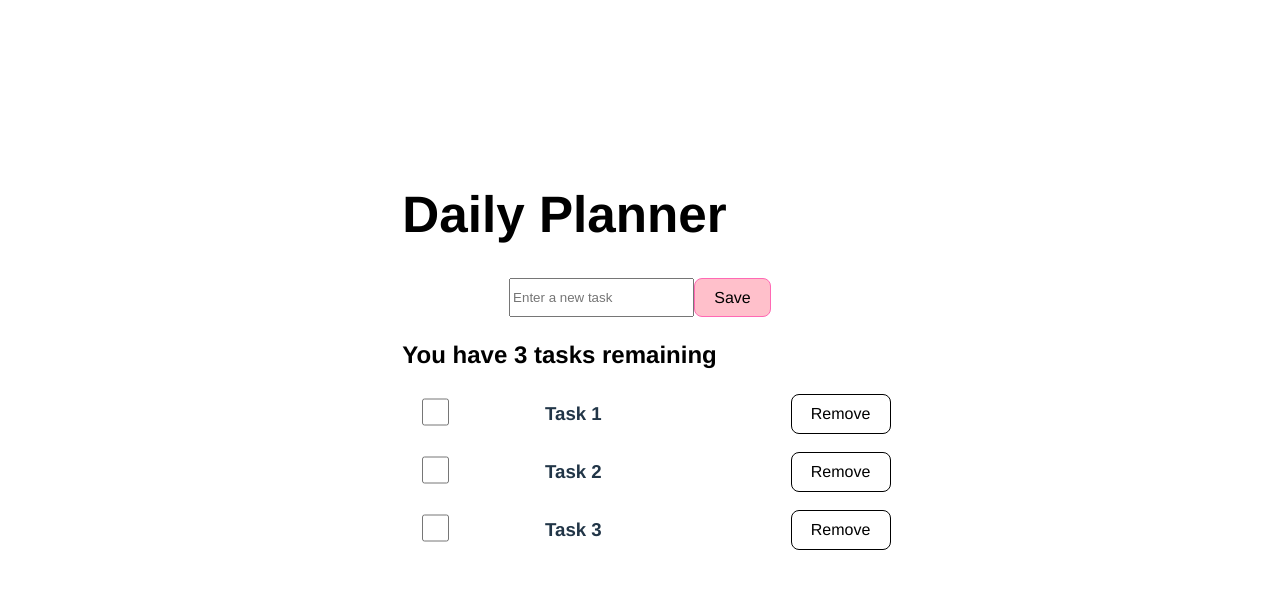
Repository: MonicaNguyenH/Frontend_Assignment6
Page: / (app in react/)
An editor plug-in stored every save of this project. The page is shown before and after the next save, followed by the edit.
The browser window is 1280 px wide. The pictures show the whole page.
The project was rebuilt for these pictures with package versions that can differ from the ones it lists, and the page was loaded fresh each time. Also part of the build but not shown: react/vite.config.js.

Above is the page before, as saved 2024-10-11 14:20:22.

After the next save:
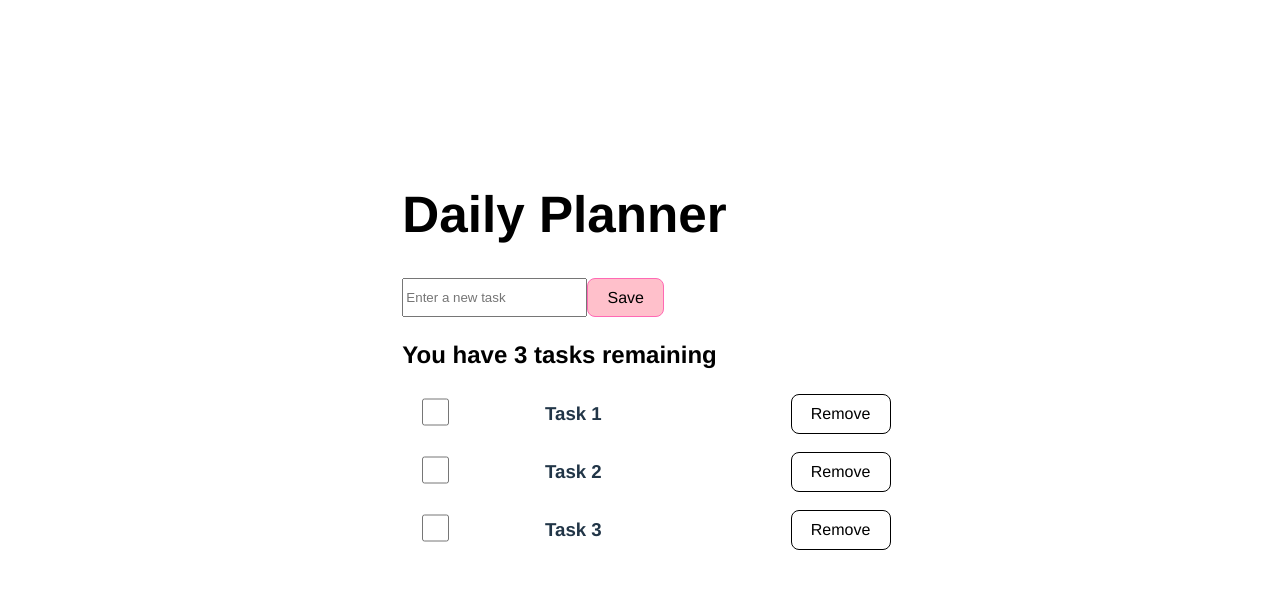
Saved 67 s later.
--- a/react/src/App.css
+++ b/react/src/App.css
@@ -26,7 +26,7 @@
   width: 100%;
   display: flex;
   flex-direction: row;
-  justify-content: center;
+  justify-content: flex-start;
 }
 
 .btn-save {
@@ -38,6 +38,10 @@
 .btn-save:hover {
   background-color: hotpink;
   border: 1px solid pink;
+}
+
+#task-name {
+
 }
 
 
